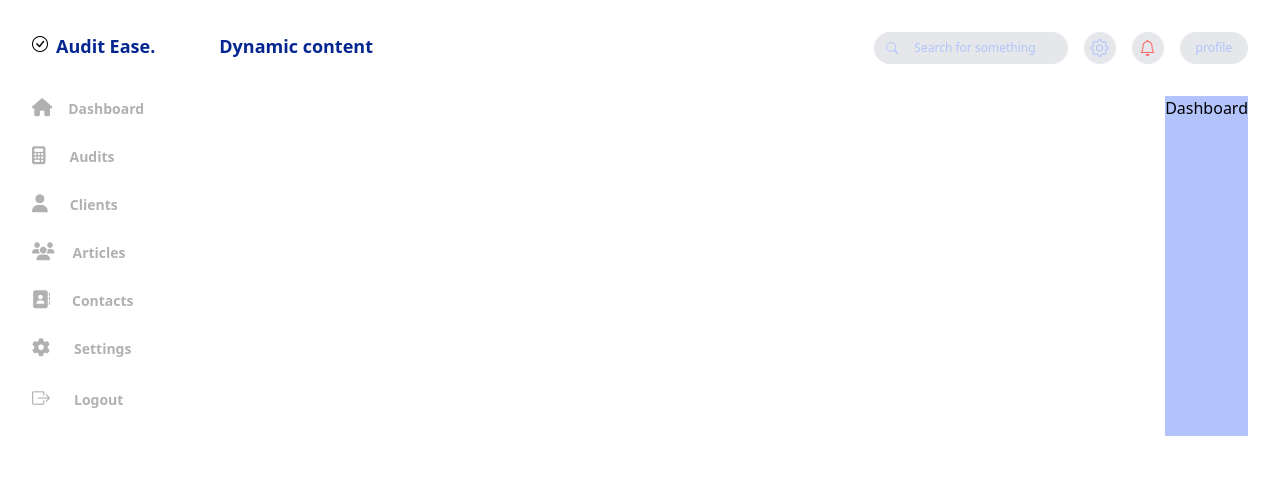
Repository: EclipticCode/Audit-Ease-FE
Page: /
These files come from the project's save history. The page is drawn as it stood at one moment and after the next save; the edit follows.
The browser window is 1280 px wide. The pictures show the whole page.
Some web libraries are served in a nearby version. The project was rebuilt for these pictures with package versions that can differ from the ones it lists, and the page was loaded fresh each time. Also part of the build but not shown: vite.config.js, Login.jsx, src/Navbar.jsx, src/Pages/Audits.jsx.

Above is the page before, as saved 2025-03-27 22:33:05.

### index.html
<!doctype html>
<html lang="en">
  <head>
    <meta charset="UTF-8" />
    <link rel="icon" type="image/svg+xml" href="" />
    <meta name="viewport" content="width=device-width, initial-scale=1.0" />
    <title>Audit Ease</title>
     <!-- Bootstrap Icon link-->
     <link
     rel="stylesheet"
     href="https://cdn.jsdelivr.net/npm/bootstrap-icons@1.11.3/font/bootstrap-icons.min.css"
   />
    <!-- Font awesome CDN -->
    <link rel="stylesheet" href="https://cdnjs.cloudflare.com/ajax/libs/font-awesome/6.6.0/css/all.min.css">
  </head>
  <body>
    <div id="root"></div>
    <script type="module" src="/src/main.jsx"></script>
  </body>
</html>

### src/main.jsx
import React from "react";
import ReactDOM from "react-dom/client";
import App from "./App";
import "./index.css"; // Ensure Tailwind styles are imported
import { BrowserRouter } from "react-router-dom";

ReactDOM.createRoot(document.getElementById("root")).render(
  <React.StrictMode>
      <BrowserRouter>
        <App />
      </BrowserRouter>
  </React.StrictMode>
);

### src/App.jsx
import React from 'react'
import Login from '../Login'
import Navbar from './Navbar'
import NavandSideBar from './NavandSideBar'
import Dashboard from './Pages/Dashboard'
import Audits from './Pages/Audits'
import { Route, Routes } from 'react-router-dom'

const App = () => {
  return (
   <div>
      <NavandSideBar/>
      <Routes>
        <Route path='/' element={<Dashboard/>}></Route>
        <Route path='/audits' element={<Audits/>}></Route>
      </Routes>
   </div>
  )
}

export default App

### src/index.css
@import url('https://fonts.googleapis.com/css2?family=Roboto:ital,wght@0,100..900;1,100..900&display=swap');

@import "tailwindcss";

@theme {
  --font-roboto: "Roboto", sans-serif;
  --font-weight-light: 300;
  --font-weight-normal: 400;
  --font-weight-medium: 500;
  --font-weight-semibold: 600;
  --font-weight-bold: 700;
  --color-soft-primary: #B2C4FB;
  --color-light-primary: #053ADA;
  --color-dark-primary: #032691;
  --color-deep-primary: #021655;
  --color-soft-secondary: #FFFFFF;
  --color-light-secondary: #B1B1B1;
  --color-dark-secondary: #263238;
  --color-deep-secondary: #000000;

}

### src/NavandSideBar.jsx
import React from 'react'
import { Link } from 'react-router-dom'

const NavandSideBar = () => {
  return (
    <div className='m-8'>
        <div className='flex flex-row justify-between'>
            <div className='flex'>
            <span><i className="bi bi-check-circle pr-2"></i></span>
            <div className='font-bold text-lg text-dark-primary'>Audit Ease.</div>
            <div className='ml-16 font-bold text-lg text-dark-primary'>Dynamic content</div>
            </div>
            <div className='flex space-x-4'>
            <div className="bg-gray-200 flex items-center justify-center rounded-full text-xs pl-3 pr-8 py-4 w-auto h-4 text-soft-primary">
              <span><i className="bi bi-search pr-4"></i></span> <span>Search for something</span>
            </div>
            <div className="bg-gray-200 flex items-center justify-center rounded-full text-lg p-4 w-8 h-4  text-soft-primary"><i className="bi bi-gear"></i></div>
            <div className="bg-gray-200 flex items-center justify-center rounded-full text-md p-4 w-8 h-4 text-red-400"><i className="bi bi-bell"></i></div>
            <div className="bg-gray-200 flex items-center justify-center rounded-full text-xs p-4 w-auto h-4 text-soft-primary">profile</div>
            </div>
        </div>
    </div>
  )
}

export default NavandSideBar

### src/Pages/Dashboard.jsx
import React from 'react'
import { Link } from 'react-router-dom'

const Dashboard = () => {
  return (
    <div className='flex flex-row justify-between m-8'>
      <div>
        <div className='flex flex-col text-light-secondary'>
            <div className='mb-6'>
            <button>
            <span><i className="fa-solid fa-house mr-4 text-lg"></i></span><span className='font-semibold text-sm'>
                <Link to={`/`}>Dashboard</Link>
                </span></button>
            </div>
            <div className='mb-6'><span><i className="fa-solid fa-calculator mr-6 text-lg"></i></span><span className='font-semibold text-sm'><Link to={`/audits`}>Audits</Link></span></div>
            <div className='mb-6'><span><i className="fa-solid fa-user mr-5.5 text-lg"></i></span><span className='font-semibold text-sm'>Clients</span></div>
            <div className='mb-6'><span><i className="fa-solid fa-users mr-4.5 text-lg"></i></span><span className='font-semibold text-sm'>Articles</span></div>
            <div className='mb-6'><span><i className="fa-solid fa-address-book mr-5.5 text-lg"></i></span><span className='font-semibold text-sm'>Contacts</span></div>
            <div className='mb-6'><span><i className="fa-solid fa-gear mr-6 text-lg"></i></span><span className='font-semibold text-sm'>Settings</span></div>
            <div className='mb-6'><span><i className="bi bi-box-arrow-right mr-6 text-lg"></i></span><span className='font-semibold text-sm'>Logout</span></div>
        </div>
        </div>
      <div className='bg-soft-primary'>Dashboard</div>
    </div>
  )
}

export default Dashboard

After the next save:
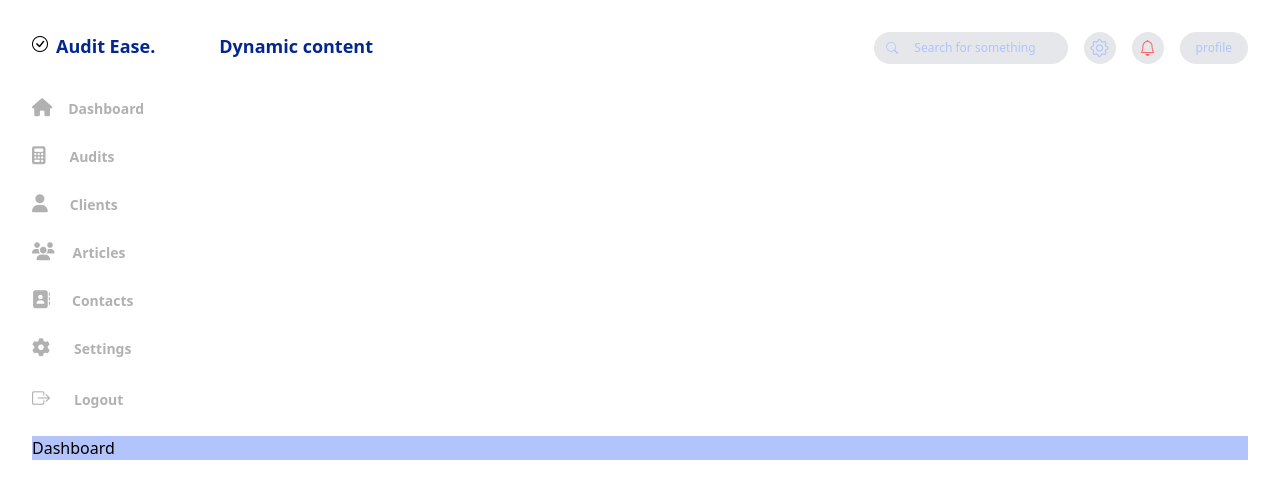
Saved 2 min 54 s later.
--- a/src/Pages/Dashboard.jsx
+++ b/src/Pages/Dashboard.jsx
@@ -3,7 +3,7 @@ import { Link } from 'react-router-dom'
 
 const Dashboard = () => {
   return (
-    <div className='flex flex-row justify-between m-8'>
+    <div className='m-8'>
       <div>
         <div className='flex flex-col text-light-secondary'>
             <div className='mb-6'>
